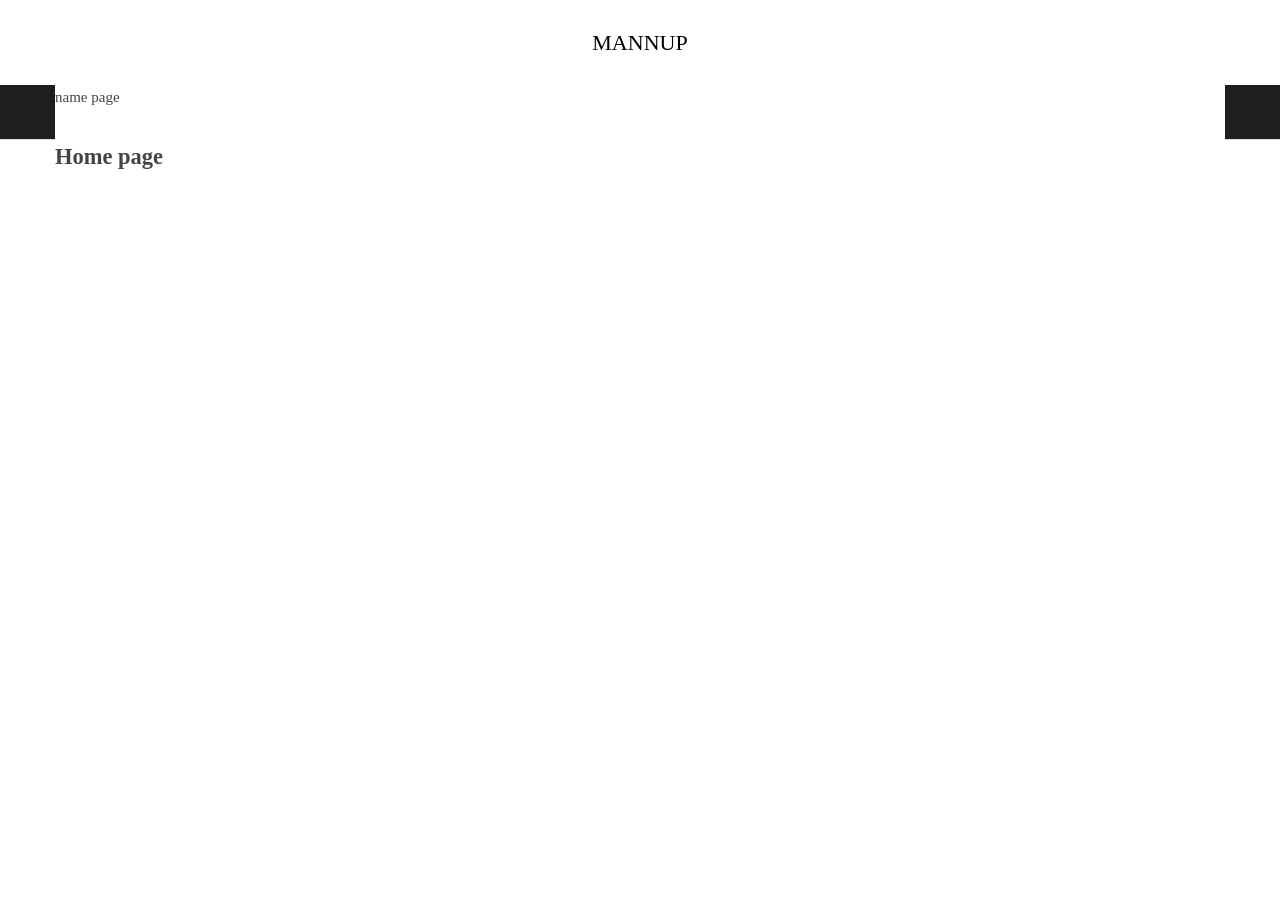
Repository: SyLe-Van/Make-Colorful
Page: /
These files come from the project's save history. The page is drawn as it stood at one moment and after the next save; the edit follows.
The browser window is 1280 px wide. The pictures show the whole page.
Some web fonts or font styles are not loaded; a fallback is used. The project was rebuilt for these pictures with package versions that can differ from the ones it lists, and the page was loaded fresh each time. Also part of the build but not shown: src/pages/cinema/index.js, src/pages/fashion/index.js, src/pages/grooming/index.js, src/pages/lifestyle/index.js, src/pages/contact/index.js.

Above is the page before, as saved 2023-10-10 22:00:05.

After the next save:
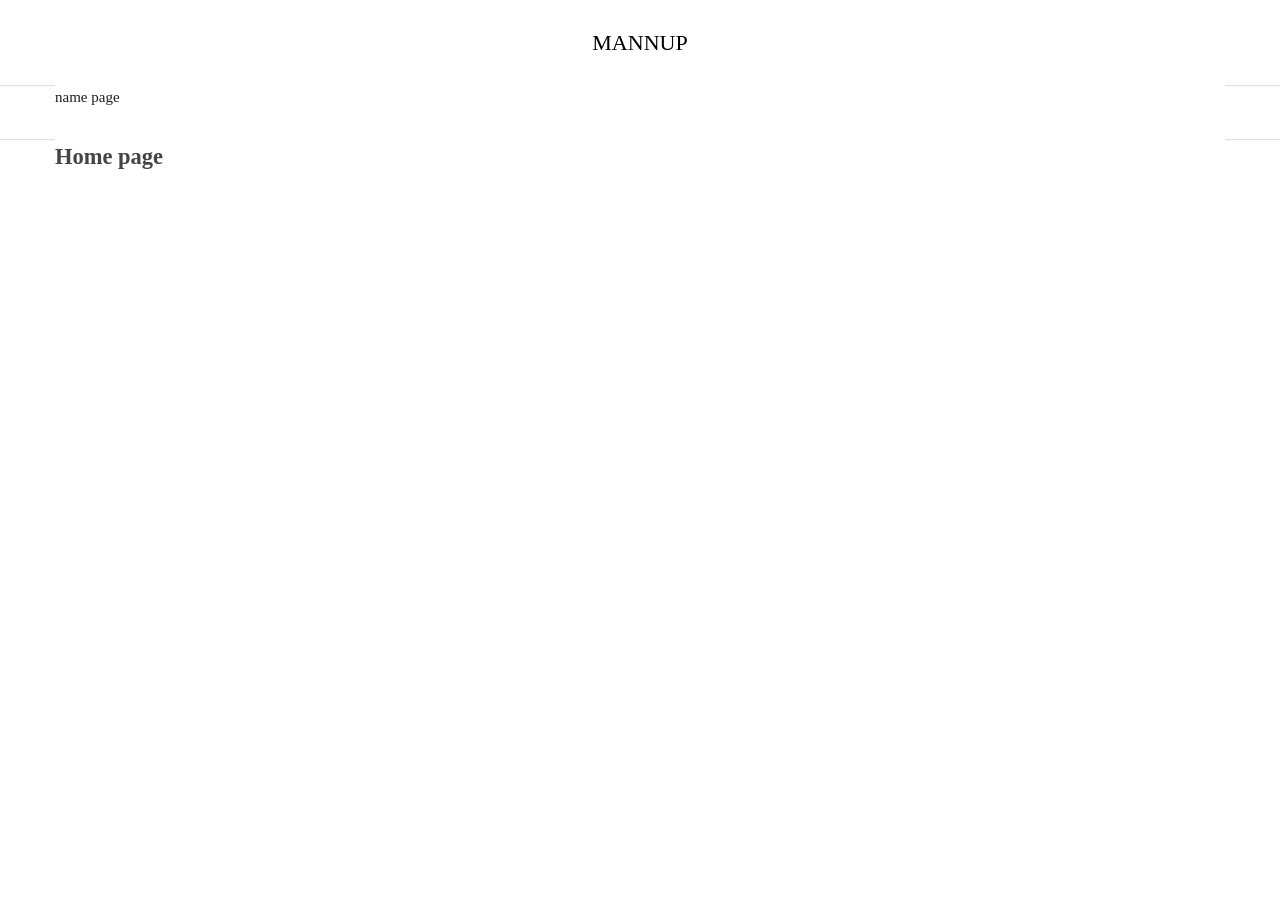
Saved 3 min 13 s later.
--- a/src/components/Layout/DefaultLayout/Sidebar/Sidebar.module.scss
+++ b/src/components/Layout/DefaultLayout/Sidebar/Sidebar.module.scss
@@ -4,7 +4,7 @@
     box-shadow: 0px 1px 1px rgb(0 0 0 / 12%);
     display: flex;
     justify-content: center;
-    background-color: #1e1e1e;
+    color: #1e1e1e;
 }
 
 .content {

After the save that followed:
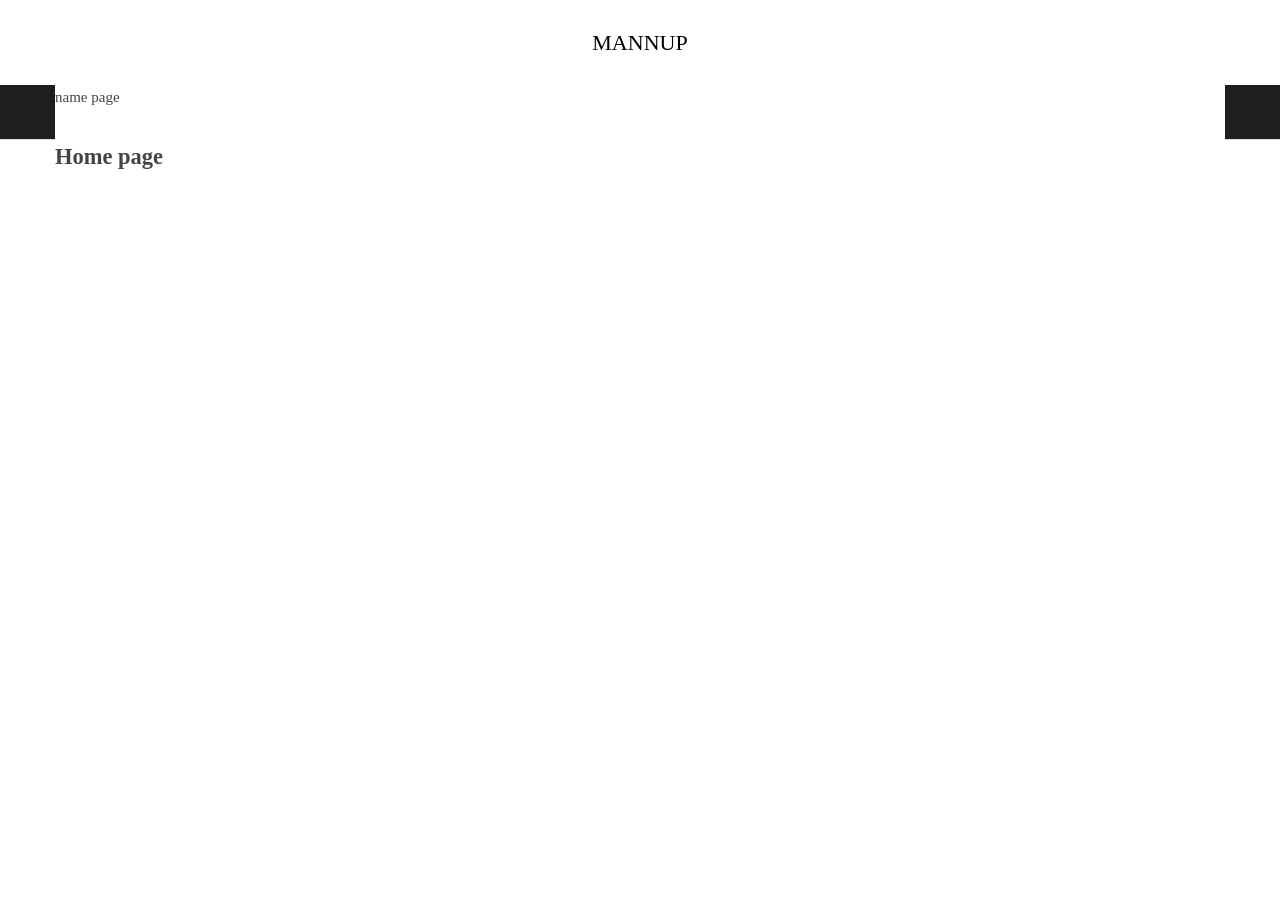
Saved 12 s later.
--- a/src/components/Layout/DefaultLayout/Sidebar/Sidebar.module.scss
+++ b/src/components/Layout/DefaultLayout/Sidebar/Sidebar.module.scss
@@ -4,7 +4,7 @@
     box-shadow: 0px 1px 1px rgb(0 0 0 / 12%);
     display: flex;
     justify-content: center;
-    color: #1e1e1e;
+    background-color: #1e1e1e;
 }
 
 .content {
